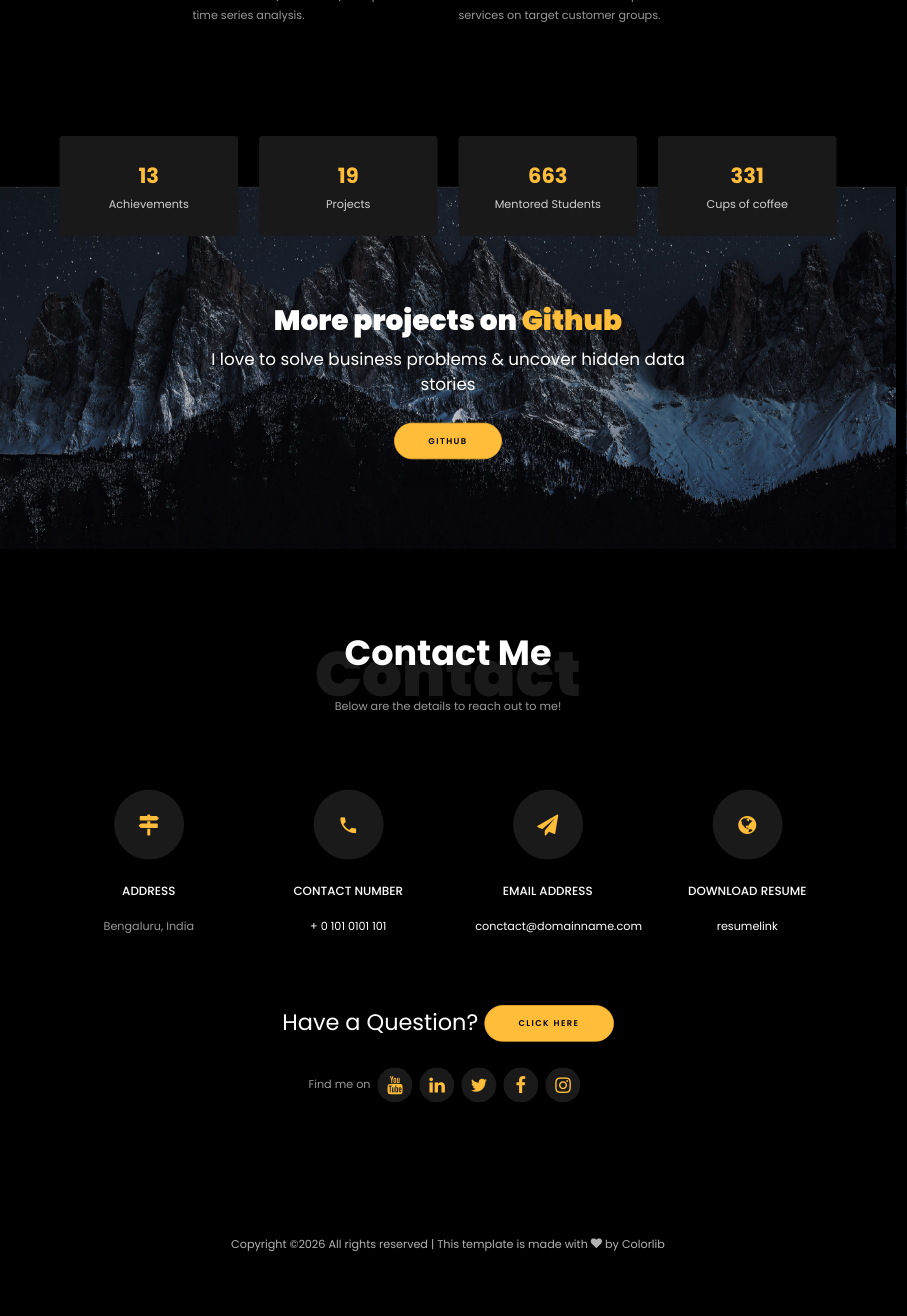
Repository: Rahul70079/Rahul-Kumar-Portfolio
Page: Portfolio/index.html
The author's editor kept a copy of each file at every save. The page is drawn from the files as they stood at one save, then again after the next save.
The browser window is 1280 px wide. The page is 1295 px wide, so the pictures cover 1295 px, including what lies to the right of the window. The pictures show the part of the page from y = 4620 to 6500 px (the page is 6540 px tall), at 70% of full size.

Above is the page before, as saved 2026-06-14 08:38:44.
Console error (its wording comes from the project's code and is left out).

After the next save:
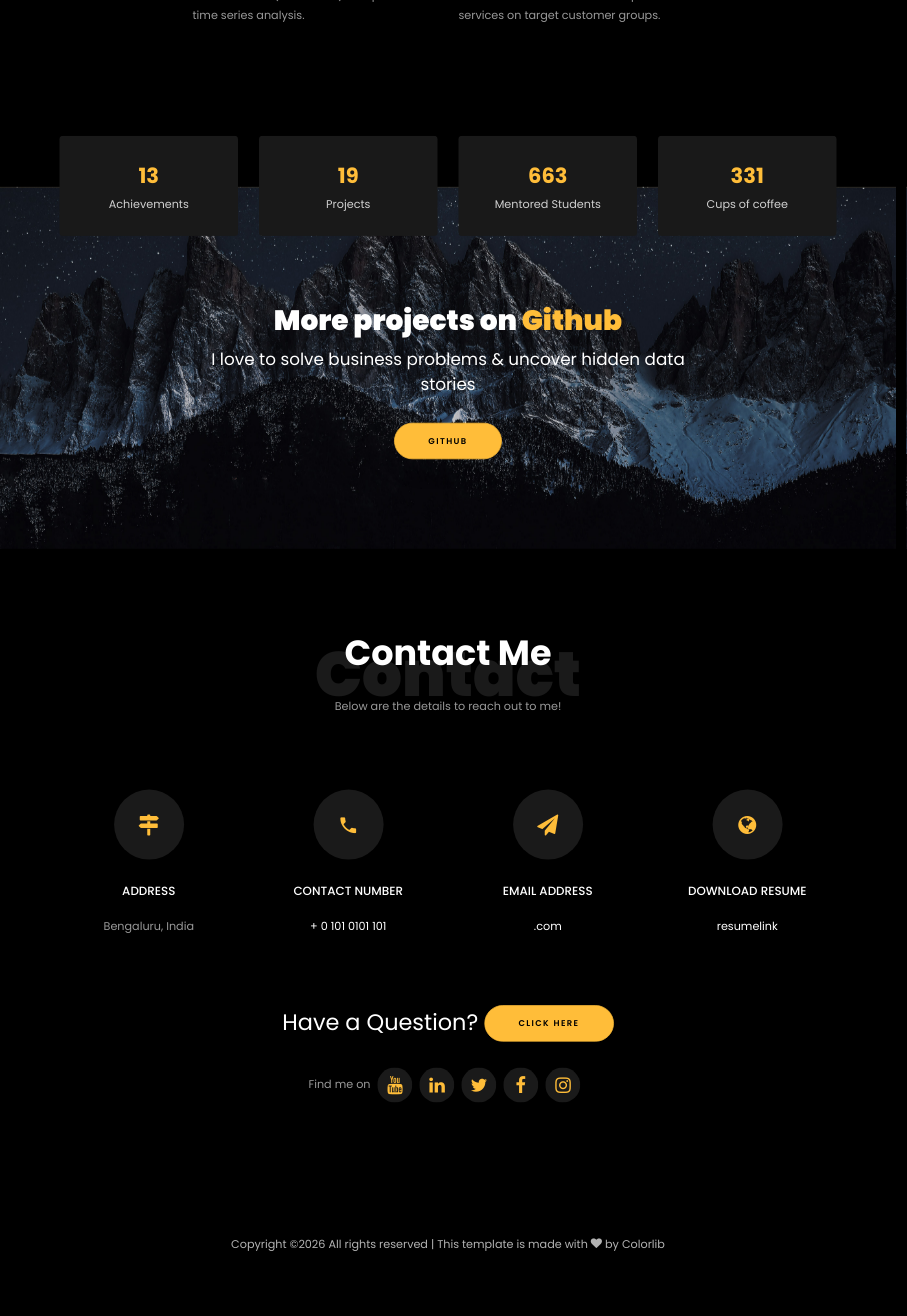
Saved 3 min 27 s later.
--- a/Portfolio/index.html
+++ b/Portfolio/index.html
@@ -572,7 +572,7 @@
           			<span class="icon-paper-plane"></span>
           		</div>
           		<h3 class="mb-4">Email Address</h3>
-	            <p><a href="mailto:info@yoursite.com">conctact@domainname.com</a></p>
+	            <p><a href="mailto:info@yoursite.com">.com</a></p>
 	          </div>
           </div>
           <div class="col-md-6 col-lg-3 d-flex ftco-animate">
